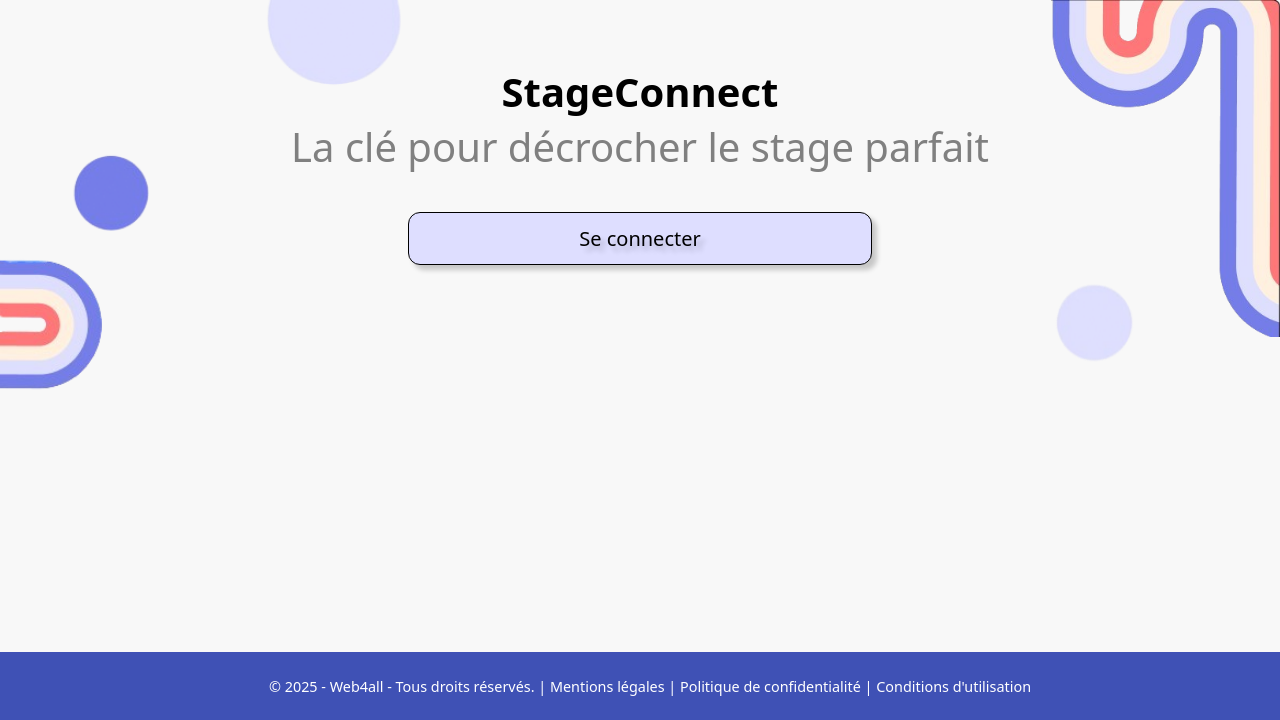
Repository: Guyllem/GroupeWeb
Page: index.html
These files come from the project's save history. The page is drawn as it stood at one moment and after the next save; the edit follows.
The browser window is 1280 px wide. The pictures show the whole page.

Above is the page before, as saved 2025-02-28 21:05:44.

### index.html
<!DOCTYPE html>
<html lang="fr">
  <head>
    <meta charset="UTF-8" />
    <meta name="viewport" content="width=device-width, initial-scale=1.0" />
    <title>Stage Connect</title>
    <link rel="stylesheet" href="styles.css" />
  </head>
  <body>
    <header>
      <img class="bulle1" src="img/bulle1.png" alt="bulle1" />
      <img class="arc-en-ciel" src="img/arc en ciel.png" alt="arc en ciel" />
      <h1 class="titre">StageConnect</h1>
      <img class="bulle2" src="img/bulle2.png" alt="bulle2" />
      <p class="slogan">La clé pour décrocher le stage parfait</p>
    </header>
    <main>
      <a href="pages/connexion.html" class="btn-connexion">Se connecter</a>
      <img src="img/arc en ciel2.png" alt="arc-en-ciel2" class="arc-en-ciel2" />
      <img src="img/bulle3.png" alt="bulle3" class="bulle3" />
    </main>
    <footer>
      <p>
        © 2025 - Web4all - Tous droits réservés. |
        <a href="#">Mentions légales</a> |
        <a href="#">Politique de confidentialité</a> |
        <a href="#">Conditions d'utilisation</a>
      </p>
    </footer>
  </body>
</html>

### styles.css
body {
    font-family: system-ui, -apple-system, BlinkMacSystemFont, 'Segoe UI', Roboto, Oxygen, Ubuntu, Cantarell, 'Open Sans', 'Helvetica Neue', sans-serif;
    text-align: center;
    background: #f8f8f8;
    margin: 0;
    padding: 0;
    position: relative;
    overflow: hidden;
}

.titre {
    font-size: 2.5em;
    margin-top: 5%;
    margin-bottom: 0;
}

.slogan {
    color: gray;
    font-size: 2.5em;
    margin-bottom: 3%;
    margin-top: 0;
}

.btn-connexion {
    display: inline-block;
    padding: 0.75rem 10.63rem;
    background-color: #dedeff;
    color: black;
    text-decoration: none;
    border-radius: 0.75rem;
    border: 0.063rem solid #000;
    box-shadow: 0.313rem 0.313rem 0.313rem rgba(0, 0, 0, 0.2);
    font-size: 1.25em;
    text-shadow: 0.313rem 0.313rem 0.313rem rgba(0, 0, 0, 0.2);
    transition: all 0.3s ease;
}

.btn-connexion:hover {
    background-color: #b3b3ff;
    transform: scale(1.05);
    box-shadow: 0.5rem 0.5rem 0.5rem rgba(0, 0, 0, 0.3);
}

footer {
    background-color: #3F51B5;
    color: white;
    font-size: 0.9em;
    padding: 0.625rem;
    position: fixed;
    bottom: 0;
    width: 100%;
}

footer a {
    color: white;
    text-decoration: none;
}

.arc-en-ciel{
    position: fixed;
    right: -0.1%;
    top: 0;
    width: 18%;
    height: auto;
    margin: 0;
    padding: 0;
}


.bulle1{
    position:fixed;
    margin: 0;
    padding: 0;
    width: 13%;
    height: auto;
    top: 0%;
    left: 20%;
}

.bulle2{
    position:fixed;
    margin: 0;
    padding: 0;
    width: 8%;
    right: 87%;
    top: 20%;
}

.bulle3{
    position:absolute;
    margin: 0;
    padding: 0;
    width: 9%;
    right: 10%;
    top: 105%;
}

.arc-en-ciel2{
    position:absolute;
    margin: 0;
    padding: 0;
    width: 9%;
    left: 0;
    top: 95%;
}

.submit-btn{
    display: inline-block;
    padding: 0.40rem 9.63rem;
    background-color: #3F51B5;
    color: white;
    text-decoration: none;
    border-radius: 1.5rem;
    border: 0.063rem solid #000;
    box-shadow: 0.313rem 0.313rem 0.313rem rgba(0, 0, 0, 0.2);
    font-size: 1.25em;
    text-shadow: 0.313rem 0.313rem 0.313rem rgba(0, 0, 0, 0.2);
    transition: all 0.3s ease;
}

.submit-btn:hover {
    transform: scale(1.05);
    box-shadow: 0.5rem 0.5rem 0.5rem rgba(0, 0, 0, 0.3);
}

.stay-connect{
    color:#3F51B5;
}

#better-connect{
    accent-color: #3F51B5;
    margin-top: 2%;
    margin-bottom: 1%;
}

.email-form input{
    width: 30%;
    padding: 12px;
    border: 2px solid #3F51B5;
    border-radius: 8px;
    font-size: 1rem;
    color: #2d3748;
    background-color: #ffffff;
    transition: all 0.2s ease;
    box-shadow: 0 2px 4px rgba(0, 0, 0, 0.1);
}

.password-form input{
    width: 30%;
    padding: 12px;
    border: 2px solid #3F51B5;
    border-radius: 8px;
    font-size: 1rem;
    color: #2d3748;
    background-color: #ffffff;
    transition: all 0.2s ease;
    box-shadow: 0 2px 4px rgba(0, 0, 0, 0.1);
}

.email-form input:focus{
    border-color: #667eea;
    outline: none;
    box-shadow: 0 0 0 1px #3F51B5;
}

.password-form input:focus{
    border-color: #667eea;
    outline: none;
    box-shadow: 0 0 0 1px #3F51B5;
}

After the next save:
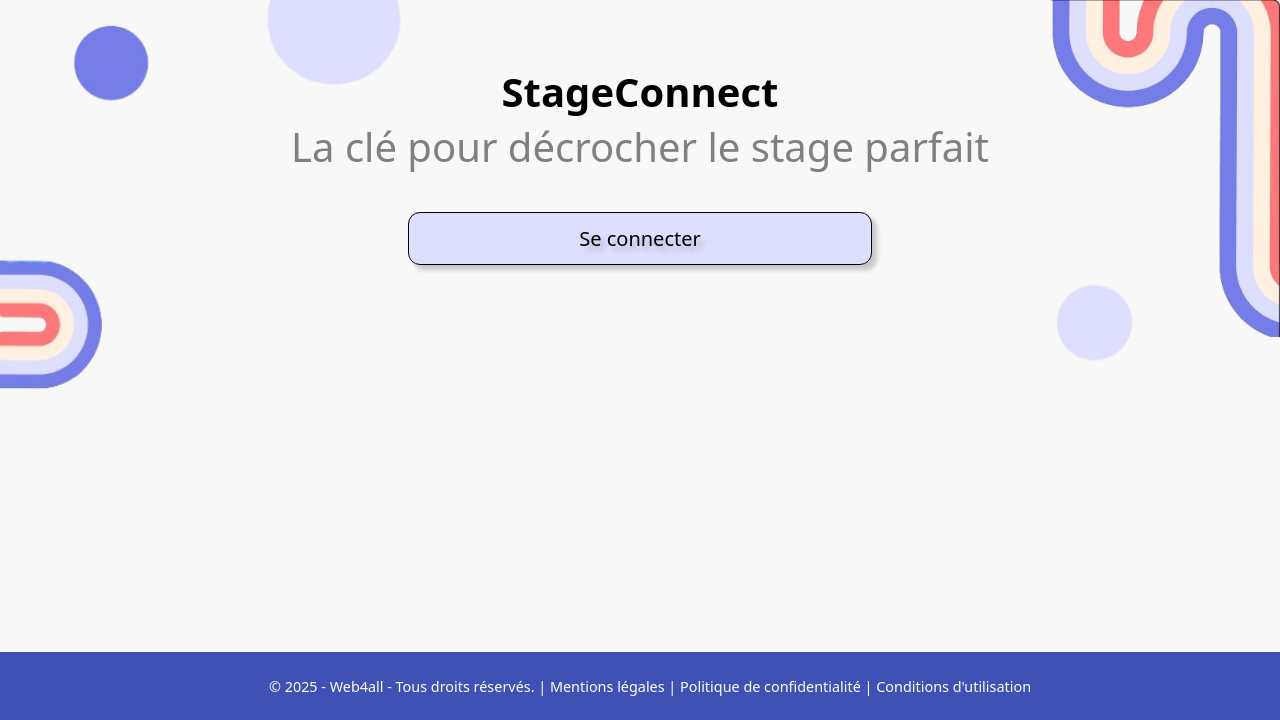
Saved 6 s later.
--- a/styles.css
+++ b/styles.css
@@ -83,7 +83,7 @@ footer a {
     padding: 0;
     width: 8%;
     right: 87%;
-    top: 20%;
+    top: 2%;
 }
 
 .bulle3{
